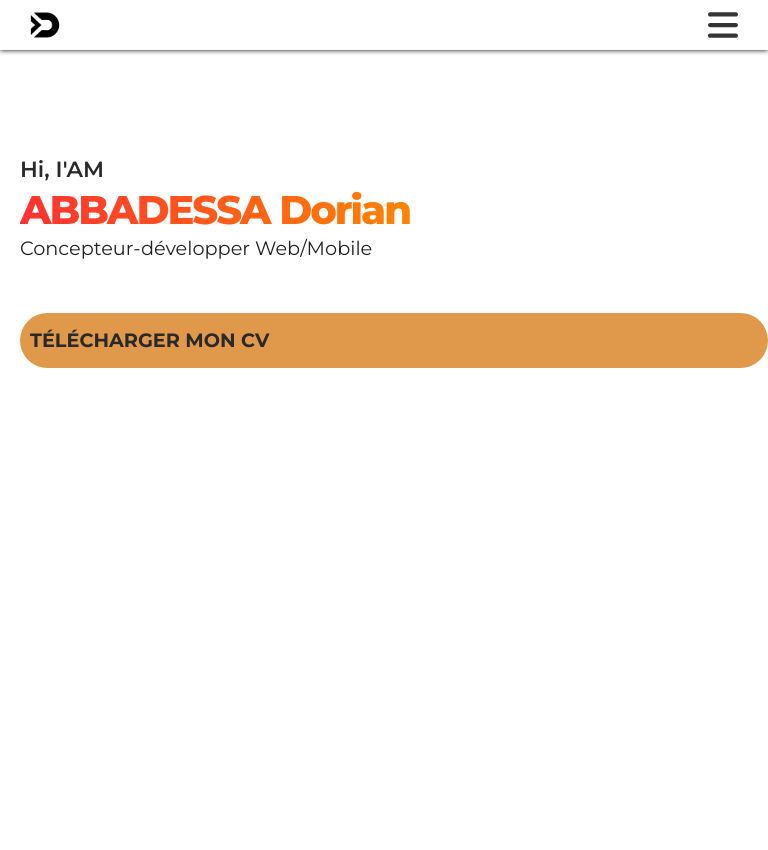
Repository: DorianABDS/Portfolio-ABBADESSA-Dorian
Page: index.html
An editor plug-in stored every save of this project. The page is shown before and after the next save, followed by the edit.
The browser window is 768 px wide. The pictures show the whole page.

Above is the page before, as saved 2024-11-26 23:49:31.

After the next save:
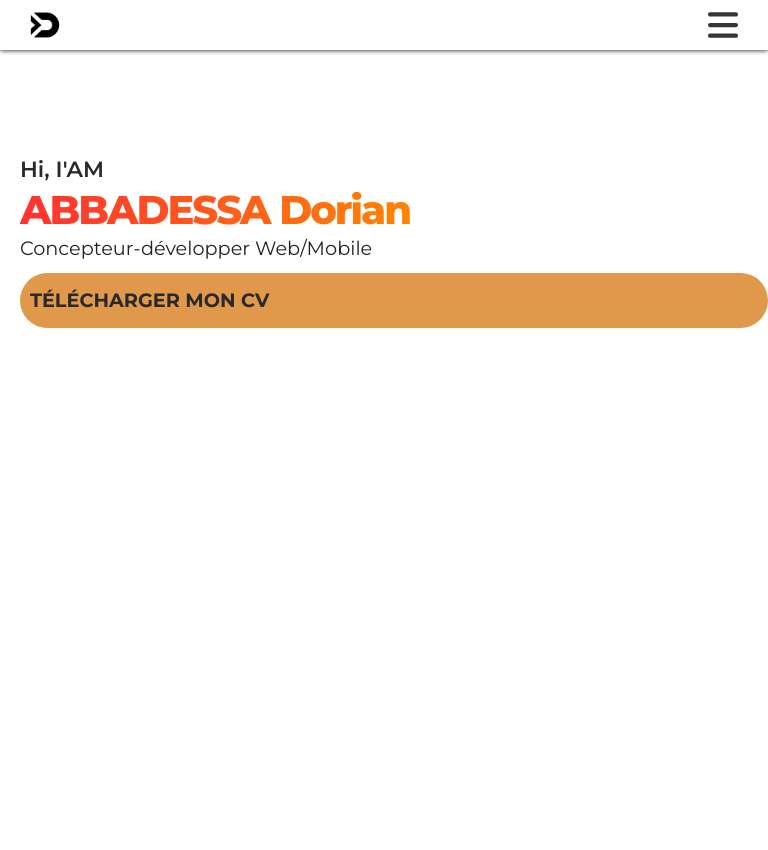
Saved 4 s later.
--- a/style.css
+++ b/style.css
@@ -187,6 +187,6 @@ html, body {
 
     .contrainer-accueil a {
         display: block;
-        margin-top: 50px;
+        margin-top: 10px;
     }
 }
